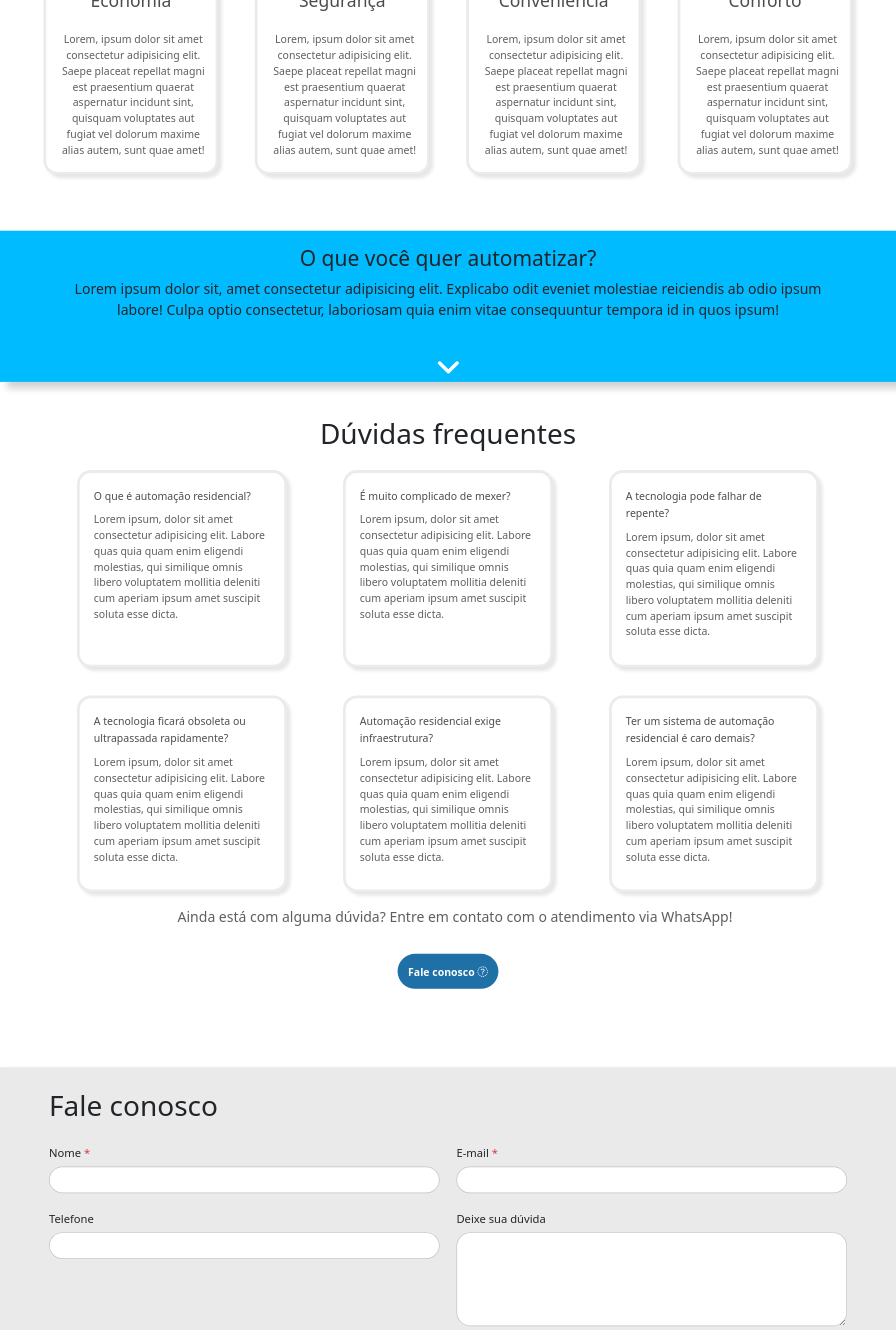
Repository: BulleST/SouHi_Institucional
Page: home.html
An editor plug-in stored every save of this project. The page is shown before and after the next save, followed by the edit.
The browser window is 1280 px wide. The pictures show the part of the page from y = 1121 to 3021 px (the page is 3785 px tall before and 3725 px after), at 70% of full size.
A picture or video elsewhere on the page could not be fetched, so the positions and the page height are approximate.

Above is the page before, as saved 2022-10-28 17:02:23.

### home.html
<!DOCTYPE html>
<html lang="pt-br">

<head>
  <meta charset="UTF-8">
  <meta http-equiv="X-UA-Compatible" content="IE=edge">
  <meta name="viewport" content="width=device-width, initial-scale=1.0">
  <title>SouHi - Soluções Automatizadas</title>

  <script src="https://code.jquery.com/jquery-3.6.1.js" integrity="sha256-3zlB5s2uwoUzrXK3BT7AX3FyvojsraNFxCc2vC/7pNI="
    crossorigin="anonymous"></script>


    <!-- Bootstrap -->
<link href="https://cdn.jsdelivr.net/npm/bootstrap@5.2.2/dist/css/bootstrap.min.css" rel="stylesheet" integrity="sha384-Zenh87qX5JnK2Jl0vWa8Ck2rdkQ2Bzep5IDxbcnCeuOxjzrPF/et3URy9Bv1WTRi" crossorigin="anonymous">
<script src="https://cdn.jsdelivr.net/npm/bootstrap@5.2.2/dist/js/bootstrap.bundle.min.js" integrity="sha384-OERcA2EqjJCMA+/3y+gxIOqMEjwtxJY7qPCqsdltbNJuaOe923+mo//f6V8Qbsw3" crossorigin="anonymous"></script>
  <!-- Fontawesome -->
  <link rel="stylesheet" href="https://cdnjs.cloudflare.com/ajax/libs/font-awesome/6.2.0/css/all.min.css"
    integrity="sha512-xh6O/CkQoPOWDdYTDqeRdPCVd1SpvCA9XXcUnZS2FmJNp1coAFzvtCN9BmamE+4aHK8yyUHUSCcJHgXloTyT2A=="
    crossorigin="anonymous" referrerpolicy="no-referrer" />
  <script src="https://cdnjs.cloudflare.com/ajax/libs/font-awesome/6.2.0/js/all.min.js"
    integrity="sha512-naukR7I+Nk6gp7p5TMA4ycgfxaZBJ7MO5iC3Fp6ySQyKFHOGfpkSZkYVWV5R7u7cfAicxanwYQ5D1e17EfJcMA=="
    crossorigin="anonymous" referrerpolicy="no-referrer"></script>

  <!-- Slick Carousel -->
  <link rel="stylesheet" type="text/css" href="https://cdn.jsdelivr.net/npm/slick-carousel@1.8.1/slick/slick.css" />
  <script type="text/javascript" src="https://cdn.jsdelivr.net/npm/slick-carousel@1.8.1/slick/slick.min.js"></script>

  <!-- AOS -->
  <link rel="stylesheet" href="https://unpkg.com/aos@next/dist/aos.css">
  <script src="https://unpkg.com/aos@next/dist/aos.js"></script>

  <link rel="stylesheet" href="style.css">
  <script src="script.js" defer></script>

</head>

<body>
  <header>
    <div class="header-container bg-on" id="header">
      <div class="header-position">
        <div class="flex-item-image">
          <img src="img/logo_claro.png" alt="Logo Souhi">
        </div>
        <div class="flex-item-rotas">
          <nav class="rotas">
            <ul>
            <li> <a class="header__navigation-link" href="#home">Home</a></li>
              <li><a class="header__navigation-link" href="#quem-somos">Quem somos</a></li>
              <li><a class="header__navigation-link" href="#produtos">Ofertas</a></li>
              <li><a class="header__navigation-link" href="#duvidas">FAQ</a></li>
              <li><a class="header__navigation-link" href="#contatos">Contatos</a></li>
            </ul>
          </nav>
        </div>
        <div class="flex-item-contato">
          <a href="" class="btn-fale-conosco">Fale conosco!</a>
        </div>
      </div>
    </div>
  </header>


  <section>
    <section class="carrossel" id="inicio">
      <button class="btn-scroll-down">
        <i class="fas fa-chevron-down"></i>
      </button>
      <div class="slider">
        <div class=" first-item">
          <div class="slider__item-inner slider__item d-flex first-item-inner">
            <div class="slider__item-content first-content">
              <h3>Lorem Ipsum</h3>
              <hr>
              <p>Lorem ipsum dolor, sit amet consectetur adipisicing elit. Beatae fugiat voluptas consequatur voluptate perspiciatis aspernatur voluptates dolores inventore vero incidunt officia, modi dolorum. </p>
              <p class="my-2">Conheça nossos produtos!</p>
              <button class="btn btn-confira">Confira</button>
            </div>
            <div class="slider__item-image first-image">
              <img src="./img/house.png" alt="">
            </div>
          </div>
        </div>
        <div class="  second-item">

          <div class=" d-flex slider__item  second-item-inner">

            <div class="second-contain">
              <div class=" second-image">

                <img src="img/ic_launcher.png" alt="" >
                <img src="./img/phone.png" alt="">

              </div>
            <div class=" second-content">
              <h3>Lorem Ipsum</h3>

              <p>Lorem ipsum dolor, sit amet consectetur adipisicing elit.  </p>
              <a href="" class="btn-fale-conosco">Fale conosco!</a>

            </div>

          </div>

          </div>
        </div>
        <div class="  third-item">
          <div class=" d-flex slider__item  third-item-inner">
            <div class="third-contain">
              <div class=" third-image">
                <img src="img/smart-house-8.png" alt="" >
              </div>
            <div class=" third-content">
              <h3>Lorem Ipsum Ipsum</h3>
              <p>Lorem ipsum dolor, sit amet consectetur adipisicing elit. Lorem ipsum dolor, sit amet consectetur adipisicing elit. orem ipsum dolor, sit amet consectetur adipisicing elit. </p>
              <a href="" class="btn-fale-conosco mt-2">Fale conosco!</a>
            </div>
          </div>
          </div>
        </div>
        </div>
      </div>
    </section>

    <div class="bg">
      <div class="container wrapper">
        <section class="quem-somos" id="quem-somos">
          <img src="img/teste.jpg" alt="" class="imagem" data-aos="fade-right">
          <div class="texto" data-aos="fade-left">

            <h1>Quem somos</h1>
            <p>Lorem ipsum, dolor sit amet consectetur adipisicing elit. Iure, obcaecati alias magni reiciendis non ipsa
              asperiores deserunt quibusdam quasi ut odit, quaerat ex eum fugit pariatur rerum eius vitae maiores?</p>

            <button class="btn">Saiba mais <span> <i class="fa-solid fa-angles-right"></i></span></button>
          </div>
        </section>
        <div class="beneficios">
          <div class="card card-1" data-aos="fade-up">
            <div class="card-texto">
              <span> <i class="fa-solid fa-dollar-sign icone-card"></i></span>
              <h1>Economia</h1>
              <p>Lorem, ipsum dolor sit amet consectetur adipisicing elit. Saepe placeat repellat magni est praesentium
                quaerat aspernatur incidunt sint, quisquam voluptates aut fugiat vel dolorum maxime alias autem, sunt
                quae amet!</p>
            </div>
          </div>
          <div class="card card-2" data-aos="fade-up">
            <div class="card-texto">
              <span> <i class="fa-solid fa-shield icone-card"></i></span>
              <h1>Segurança</h1>
              <p>Lorem, ipsum dolor sit amet consectetur adipisicing elit. Saepe placeat repellat magni est praesentium
                quaerat aspernatur incidunt sint, quisquam voluptates aut fugiat vel dolorum maxime alias autem, sunt
                quae amet!</p>
            </div>
          </div>
          <div class="card card-3" data-aos="fade-up">
            <div class="card-texto">
              <span> <i class="fa-solid fa-check icone-card"></i></span>
              <h1>Conveniência</h1>
              <p>Lorem, ipsum dolor sit amet consectetur adipisicing elit. Saepe placeat repellat magni est praesentium
                quaerat aspernatur incidunt sint, quisquam voluptates aut fugiat vel dolorum maxime alias autem, sunt
                quae amet!</p>
            </div>
          </div>
          <div class="card card-4" data-aos="fade-up">
            <div class="card-texto">
              <span> <i class="fa-solid fa-couch icone-card"></i></span>
              <h1>Conforto</h1>
              <p>Lorem, ipsum dolor sit amet consectetur adipisicing elit. Saepe placeat repellat magni est praesentium
                quaerat aspernatur incidunt sint, quisquam voluptates aut fugiat vel dolorum maxime alias autem, sunt
                quae amet!</p>
            </div>
          </div>
        </div>
      </div>


      <div class="produtos-fechado" id="produtos">
        <div class="produtos-texto">
          <h1>O que você quer automatizar?</h1>
          <p>Lorem ipsum dolor sit, amet consectetur adipisicing elit. Explicabo odit eveniet molestiae reiciendis ab
            odio ipsum labore! Culpa optio consectetur, laboriosam quia enim vitae consequuntur tempora id in quos
            ipsum!</p>

          <span class="pra"><i class="fa-solid fa-angle-down down" id="show-or-hide"></i></span>
        </div>

      </div>
      <!-- <div class="produtos-aberto">
        <div class=" sessao  mySwiper container">
          <div class="swiper-wrapper content">

            <div class="swiper-slide card">
              <div class="card-content">

                <div class="image">
                  <img src="https://source.unsplash.com/random/250x250" alt="" class="eseu">

                </div>
              </div>
            </div>

            <div class="swiper-slide card">
              <div class="card-content">

                <div class="image">
                  <img src="https://source.unsplash.com/random/250x250" alt="" class="eseu">
                </div>
              </div>
            </div>

            <div class="swiper-slide card">

              <div class="card-content">

                <div class="image">
                  <img src="https://source.unsplash.com/random/250x250" alt="" class="eseu">
                </div>
              </div>
            </div>

            <div class="swiper-slide card">
              <div class="card-content">


                <div class="image">

                  <img src="https://source.unsplash.com/random/250x250" alt="" class="eseu">
                </div>
              </div>
            </div>
          </div>
        </div>
        <div class="swiper-button-next"></div>
        <div class="swiper-button-prev"></div>
        <div class="swiper-paggination"></div>
      </div> -->
    </div>






    <div class="wrapper">
      <div class="duvidas" >
        <h1>Dúvidas frequentes</h1>
        <div class="duvida-card">

          <div class="grupo1">
            <div class="duvida s1 " data-aos="fade-up">
              <span>
                <fa-icon [icon]="['fas', 'question-circle']" class="duvidas-icones"></fa-icon>
                <h2>O que é automação residencial?</h2>
              </span>
              <p>Lorem ipsum, dolor sit amet consectetur adipisicing elit. Labore quas quia quam enim eligendi
                molestias, qui similique omnis libero voluptatem mollitia deleniti cum aperiam ipsum amet suscipit
                soluta esse dicta.</p>
            </div>
            <div class="duvida s2 " data-aos="fade-up">
              <span>
                <fa-icon [icon]="['fas', 'question-circle']" class="duvidas-icones"></fa-icon>
                <h2>É muito complicado de mexer?</h2>
              </span>

              <p>Lorem ipsum, dolor sit amet consectetur adipisicing elit. Labore quas quia quam enim eligendi
                molestias, qui similique omnis libero voluptatem mollitia deleniti cum aperiam ipsum amet suscipit
                soluta esse dicta.</p>
            </div>
            <div class="duvida s3 " data-aos="fade-up">
              <span>
                <fa-icon [icon]="['fas', 'question-circle']" class="duvidas-icones"></fa-icon>
                <h2>A tecnologia pode falhar de repente?</h2>
              </span>

              <p>Lorem ipsum, dolor sit amet consectetur adipisicing elit. Labore quas quia quam enim eligendi
                molestias, qui similique omnis libero voluptatem mollitia deleniti cum aperiam ipsum amet suscipit
                soluta esse dicta.</p>
            </div>
          </div>
          <div class="grupo2">


            <div class="duvida s4 " data-aos="fade-up">
              <span>
                <fa-icon [icon]="['fas', 'question-circle']" class="duvidas-icones"></fa-icon>
                <h2>A tecnologia ficará obsoleta ou ultrapassada rapidamente?</h2>
              </span>

              <p>Lorem ipsum, dolor sit amet consectetur adipisicing elit. Labore quas quia quam enim eligendi
                molestias, qui similique omnis libero voluptatem mollitia deleniti cum aperiam ipsum amet suscipit
                soluta esse dicta.</p>


            </div>
            <div class="duvida s5 " data-aos="fade-up">
              <span>
                <fa-icon [icon]="['fas', 'question-circle']" class="duvidas-icones"></fa-icon>
                <h2>Automação residencial exige infraestrutura?</h2>
              </span>

              <p>Lorem ipsum, dolor sit amet consectetur adipisicing elit. Labore quas quia quam enim eligendi
                molestias, qui similique omnis libero voluptatem mollitia deleniti cum aperiam ipsum amet suscipit
                soluta esse dicta.</p>
            </div>
            <div class="duvida s6 " data-aos="fade-up">
              <span>
                <fa-icon [icon]="['fas', 'question-circle']" class="duvidas-icones"></fa-icon>
                <h2>Ter um sistema de automação residencial é caro demais?</h2>
              </span>

              <p>Lorem ipsum, dolor sit amet consectetur adipisicing elit. Labore quas quia quam enim eligendi
                molestias, qui similique omnis libero voluptatem mollitia deleniti cum aperiam ipsum amet suscipit
                soluta esse dicta.</p>
            </div>
          </div>
        </div>
        <div class="duvidas-link">
          <p>Ainda está com alguma dúvida? Entre em contato com o atendimento via WhatsApp!</p>
          <a href="" class="duvidas-link-a">Fale conosco <i class='fa fa-whatsapp'></i></a>

        </div>
      </div>
    </div>
    <section class="container-fale-conosco">
    <div class="wrapper">
    <div class="fale-conosco">
      <h1>Fale conosco</h1>
      <form action="">
        <div class="row">
        <div action="" class="form-group mt-4 col-6">
          <label for="" class="form-label">Nome<span class="text-danger"> *</span></label>
          <input type="text" class="form-control" required>
        </div>
        <div action="" class="form-group mt-4 col-6">
          <label for="" class="form-label">E-mail<span class="text-danger" > *</span></label>
          <input type="text" class="form-control" required>
        </div>
      </div>
      <div class="row">
        <div action="" class="form-group mt-4 col-6">
          <label for="" class="form-label">Telefone</label>
          <input type="text" class="form-control">
        </div>
        <div action="" class="form-group mt-4 col-6">
          <label for="" class="form-label">Deixe sua dúvida</label>
          <textarea  class="form-control"  cols="120" rows="5" ></textarea>
        </div>
      </div>
        <div class="form-group d-flex justify-content-end ">
          <button type="submit" class=" botao-fale-conosco">Entrar</button>
        </div>
        </div>
        <div class="bg-img">
          <img src="img/pexels-liza-summer-6347719.jpg" alt="">
        </div>
      </section>


      </form>
    </div>
  </div>

    </div>


 <div class="link-top link-on" ><a href="#inicio">


  <i class="fa-solid fa-angle-up"></i></a></div>
  </section>

  <section class="footer">

    </div>
    <div class="footer-position">
      <div class="finalizacao">
        <img src="img/pexels-liza-summer-6347719.jpg" alt="" class="footer-img">
        <div class="texto">
          <h1>Aut</h1>
          <h2>Automação residencial</h2>
          <p>Lorem ipsum dolor sit amet consectetur adipisicing elit. Debitis iure nemo, aliquam, quibusdam reiciendis
            ducimus eum provident in id repellendus excepturi cum. Tempora dolorum, consequatur laudantium possimus hic
            modi ratione.</p>
        </div>
      </div>
      <div class="contato">
        <div class="contato-texto">
          <h2>Fale conosco</h2>

          <ul>
            <li><i class="fa-solid fa-location-dot"></i> Av. Paulista São Paulo </li>
            <li><i class='fa fa-whatsapp'></i> xxxxx-xxxxx</li>
            <li><i class="fa-solid fa-phone"></i> (xx) xxxxxx</li>
          </ul>
        </div>
      </div>

    </div>

  </section>

</body>


<script>




</script>

</html>

Loaded but not shown: script.js (75 lines, source omitted); style.css (1153 lines, source omitted)

After the next save:
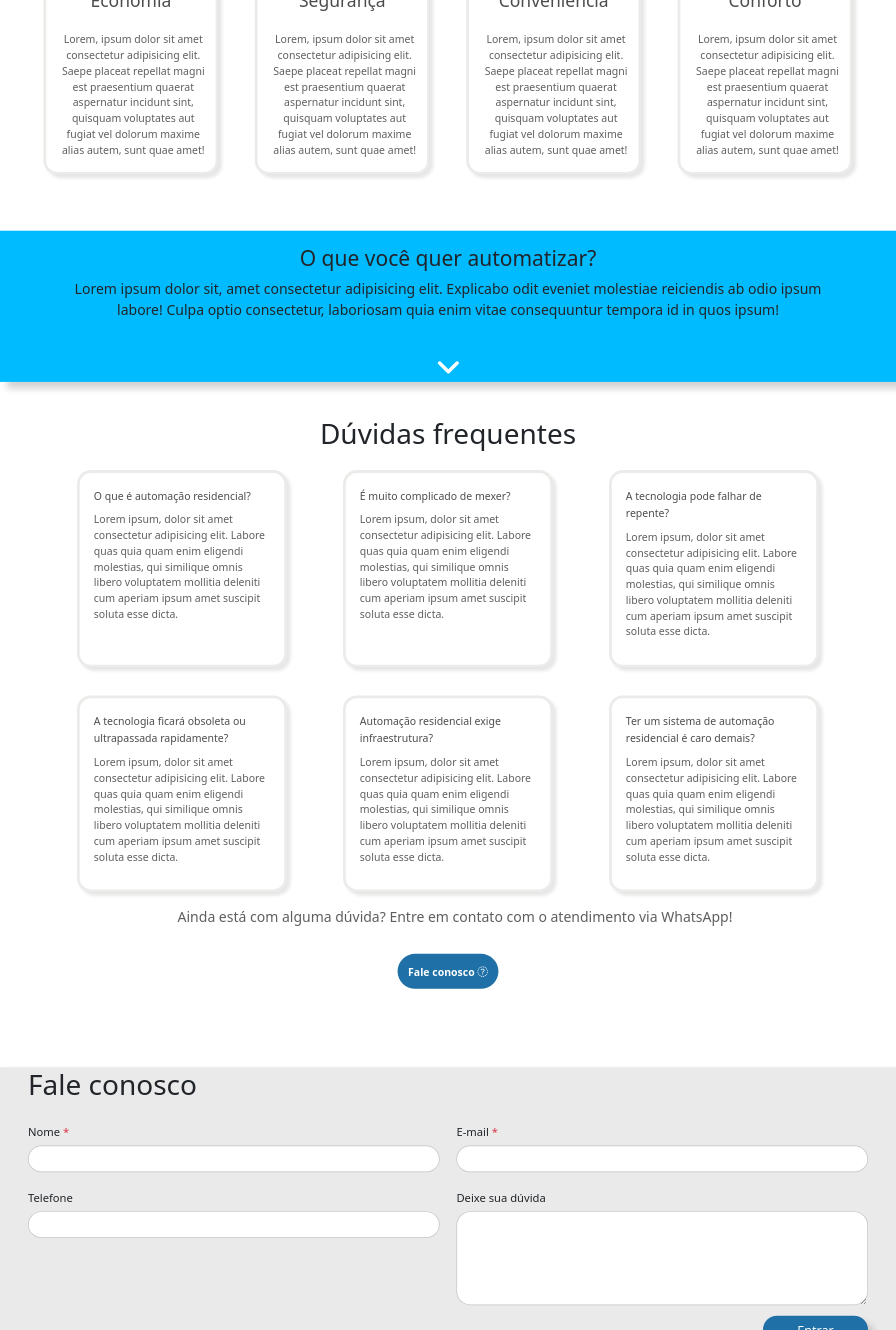
Saved 29 s later.
--- a/home.html
+++ b/home.html
@@ -325,7 +325,7 @@
     </div>
     <section class="container-fale-conosco">
     <div class="wrapper">
-    <div class="fale-conosco">
+    <div class="form">
       <h1>Fale conosco</h1>
       <form action="">
         <div class="row">
@@ -351,10 +351,11 @@
         <div class="form-group d-flex justify-content-end ">
           <button type="submit" class=" botao-fale-conosco">Entrar</button>
         </div>
-        </div>
+
         <div class="bg-img">
           <img src="img/pexels-liza-summer-6347719.jpg" alt="">
         </div>
+      </div>
       </section>
 
 
